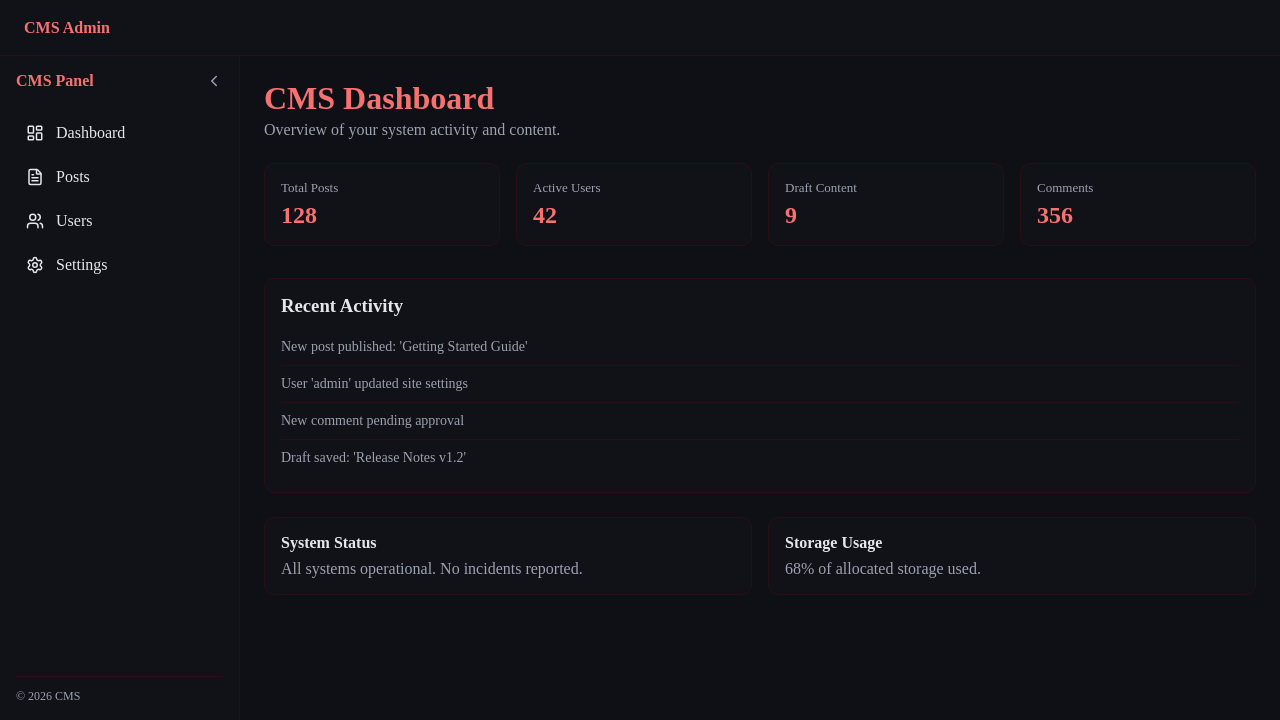
Repository: rajendratamang/react-dashboard
Page: /
The author's editor kept a copy of each file at every save. The page is drawn from the files as they stood at one save, then again after the next save.
The browser window is 1280 px wide. The pictures show the whole page.
The project was rebuilt for these pictures with package versions that can differ from the ones it lists, and the page was loaded fresh each time. Also part of the build but not shown: vite.config.ts.

Above is the page before, as saved 2026-01-16 20:31:35.

### src/App.tsx
import MainLayout from "./layouts/MainLayout";
import Dashboard from "./pages/Dashboard";

function App() {
  return (
    <MainLayout>
      <Dashboard />
    </MainLayout>
  );
}

export default App;

### src/index.css
* {
  margin: 0;
  padding: 0;
  box-sizing: border-box;
}

html, body, #root {
  height: 100%;
  width: 100%;
}

### src/layouts/MainLayout.tsx
import { ReactNode } from "react";
import Sidebar from "../components/Sidebar";

type MainLayoutProps = {
  children: ReactNode;
};

export default function MainLayout({ children }: MainLayoutProps) {
  return (
    <div
      style={{
        height: "100%",
        width: "100%",
        display: "flex",
        flexDirection: "column",
        backgroundColor: "#0b0b0f" // app background (blackish)
      }}
    >
      {/* Header */}
      <header
        style={{
          height: "56px",
          width: "100%",
          backgroundColor: "#111118",
          borderBottom: "1px solid #2a0f14",
          display: "flex",
          alignItems: "center",
          padding: "0 24px",
          fontWeight: 600,
          color: "#f87171" // soft red
        }}
      >
        CMS Admin
      </header>

      {/* Body */}
      <div
        style={{
          flex: 1,
          display: "flex",
          width: "100%",
          overflow: "hidden"
        }}
      >
        {/* Sidebar */}
        <Sidebar />

        {/* Main Content */}
        <main
          style={{
            flex: 1,
            backgroundColor: "#0f0f16",
            color: "#e5e7eb",
            overflowY: "auto"
          }}
        >
          {children}
        </main>
      </div>
    </div>
  );
}

### src/pages/Dashboard.tsx
export default function Dashboard() {
  return (
    <div style={{ padding: "24px" }}>
      {/* Page Title */}
      <h1 style={{ color: "#f87171", marginBottom: "4px" }}>
        CMS Dashboard
      </h1>
      <p style={{ color: "#9ca3af", marginBottom: "24px" }}>
        Overview of your system activity and content.
      </p>

      {/* Stats Cards */}
      <div
        style={{
          display: "grid",
          gridTemplateColumns: "repeat(4, 1fr)",
          gap: "16px",
          marginBottom: "32px"
        }}
      >
        {[
          { label: "Total Posts", value: "128" },
          { label: "Active Users", value: "42" },
          { label: "Draft Content", value: "9" },
          { label: "Comments", value: "356" }
        ].map((item) => (
          <div
            key={item.label}
            style={{
              backgroundColor: "#111118",
              border: "1px solid #2a0f14",
              borderRadius: "10px",
              padding: "16px"
            }}
          >
            <div
              style={{
                fontSize: "13px",
                color: "#9ca3af",
                marginBottom: "6px"
              }}
            >
              {item.label}
            </div>
            <div
              style={{
                fontSize: "24px",
                fontWeight: 700,
                color: "#f87171"
              }}
            >
              {item.value}
            </div>
          </div>
        ))}
      </div>

      {/* Recent Activity */}
      <div
        style={{
          backgroundColor: "#111118",
          border: "1px solid #2a0f14",
          borderRadius: "10px",
          padding: "16px",
          marginBottom: "24px"
        }}
      >
        <h3
          style={{
            color: "#e5e7eb",
            marginBottom: "12px"
          }}
        >
          Recent Activity
        </h3>

        {[
          "New post published: 'Getting Started Guide'",
          "User 'admin' updated site settings",
          "New comment pending approval",
          "Draft saved: 'Release Notes v1.2'"
        ].map((activity, index) => (
          <div
            key={index}
            style={{
              padding: "10px 0",
              borderBottom:
                index !== 3 ? "1px solid #2a0f14" : "none",
              color: "#9ca3af",
              fontSize: "14px"
            }}
          >
            {activity}
          </div>
        ))}
      </div>

      {/* System Status */}
      <div
        style={{
          display: "grid",
          gridTemplateColumns: "repeat(2, 1fr)",
          gap: "16px"
        }}
      >
        <div
          style={{
            backgroundColor: "#111118",
            border: "1px solid #2a0f14",
            borderRadius: "10px",
            padding: "16px"
          }}
        >
          <h4 style={{ color: "#e5e7eb", marginBottom: "8px" }}>
            System Status
          </h4>
          <p style={{ color: "#9ca3af" }}>
            All systems operational. No incidents reported.
          </p>
        </div>

        <div
          style={{
            backgroundColor: "#111118",
            border: "1px solid #2a0f14",
            borderRadius: "10px",
            padding: "16px"
          }}
        >
          <h4 style={{ color: "#e5e7eb", marginBottom: "8px" }}>
            Storage Usage
          </h4>
          <p style={{ color: "#9ca3af" }}>
            68% of allocated storage used.
          </p>
        </div>
      </div>
    </div>
  );
}

### src/components/Sidebar.tsx
import { useState } from "react";
import {
  LayoutDashboard,
  FileText,
  Users,
  Settings,
  ChevronLeft,
  ChevronRight
} from "lucide-react";

type MenuItem = {
  label: string;
  icon: React.ElementType;
};

const menuItems: MenuItem[] = [
  { label: "Dashboard", icon: LayoutDashboard },
  { label: "Posts", icon: FileText },
  { label: "Users", icon: Users },
  { label: "Settings", icon: Settings }
];

export default function Sidebar() {
  const [collapsed, setCollapsed] = useState(false);

  return (
    <aside
      style={{
        width: collapsed ? "72px" : "240px",
        backgroundColor: "#111118",
        borderRight: "1px solid #2a0f14",
        padding: "16px",
        display: "flex",
        flexDirection: "column",
        transition: "width 0.25s ease"
      }}
    >
      {/* Brand + Toggle */}
      <div
        style={{
          display: "flex",
          alignItems: "center",
          justifyContent: collapsed ? "center" : "space-between",
          marginBottom: "24px"
        }}
      >
        {!collapsed && (
          <span
            style={{
              fontSize: "16px",
              fontWeight: 700,
              color: "#f87171"
            }}
          >
            CMS Panel
          </span>
        )}

        <button
          onClick={() => setCollapsed(!collapsed)}
          style={{
            background: "none",
            border: "none",
            color: "#9ca3af",
            cursor: "pointer",
            display: "flex",
            alignItems: "center"
          }}
        >
          {collapsed ? <ChevronRight size={18} /> : <ChevronLeft size={18} />}
        </button>
      </div>

      {/* Menu */}
      <nav style={{ flex: 1 }}>
        {menuItems.map((item) => {
          const Icon = item.icon;

          return (
            <div
              key={item.label}
              style={{
                display: "flex",
                alignItems: "center",
                gap: collapsed ? "0" : "12px",
                justifyContent: collapsed ? "center" : "flex-start",
                padding: "10px",
                borderRadius: "8px",
                cursor: "pointer",
                marginBottom: "6px",
                color: "#e5e7eb",
                transition: "background 0.2s ease, color 0.2s ease"
              }}
              onMouseEnter={(e) => {
                e.currentTarget.style.backgroundColor = "#1a0f14";
                e.currentTarget.style.color = "#f87171";
              }}
              onMouseLeave={(e) => {
                e.currentTarget.style.backgroundColor = "transparent";
                e.currentTarget.style.color = "#e5e7eb";
              }}
            >
              <Icon size={18} />
              {!collapsed && <span>{item.label}</span>}
            </div>
          );
        })}
      </nav>

      {/* Footer */}
      {!collapsed && (
        <div
          style={{
            fontSize: "12px",
            color: "#9ca3af",
            paddingTop: "12px",
            borderTop: "1px solid #2a0f14"
          }}
        >
          © 2026 CMS
        </div>
      )}
    </aside>
  );
}

Loaded but not shown: index.html (common file); src/main.tsx (common file)

After the next save:
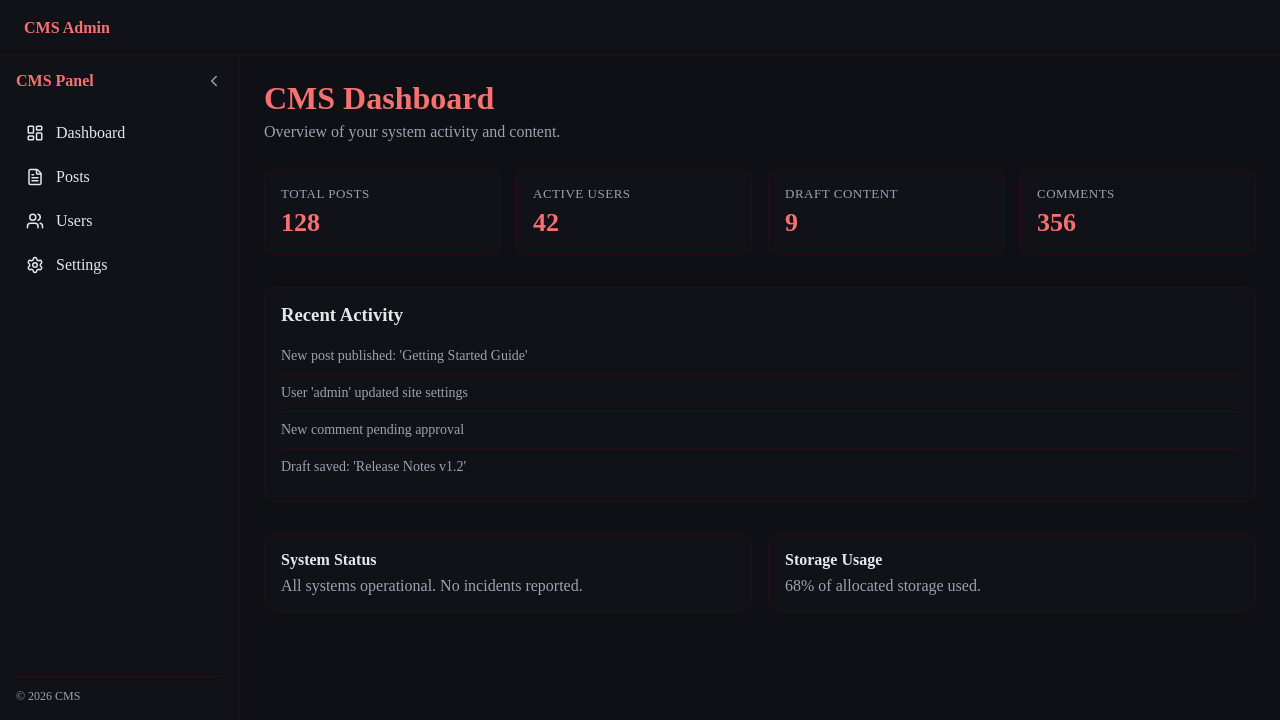
Saved 2 min 7 s later.
--- a/src/pages/Dashboard.tsx
+++ b/src/pages/Dashboard.tsx
@@ -1,19 +1,28 @@
+const cardStyle: React.CSSProperties = {
+  backgroundColor: "#111118",
+  border: "1px solid #2a0f14",
+  borderRadius: "12px",
+  padding: "16px"
+};
+
 export default function Dashboard() {
   return (
     <div style={{ padding: "24px" }}>
-      {/* Page Title */}
-      <h1 style={{ color: "#f87171", marginBottom: "4px" }}>
-        CMS Dashboard
-      </h1>
-      <p style={{ color: "#9ca3af", marginBottom: "24px" }}>
-        Overview of your system activity and content.
-      </p>
+      {/* Header */}
+      <div style={{ marginBottom: "28px" }}>
+        <h1 style={{ color: "#f87171", marginBottom: "6px" }}>
+          CMS Dashboard
+        </h1>
+        <p style={{ color: "#9ca3af" }}>
+          Overview of your system activity and content.
+        </p>
+      </div>
 
-      {/* Stats Cards */}
+      {/* Stats */}
       <div
         style={{
           display: "grid",
-          gridTemplateColumns: "repeat(4, 1fr)",
+          gridTemplateColumns: "repeat(auto-fit, minmax(200px, 1fr))",
           gap: "16px",
           marginBottom: "32px"
         }}
@@ -24,27 +33,21 @@ export default function Dashboard() {
           { label: "Draft Content", value: "9" },
           { label: "Comments", value: "356" }
         ].map((item) => (
-          <div
-            key={item.label}
-            style={{
-              backgroundColor: "#111118",
-              border: "1px solid #2a0f14",
-              borderRadius: "10px",
-              padding: "16px"
-            }}
-          >
+          <div key={item.label} style={cardStyle}>
             <div
               style={{
                 fontSize: "13px",
                 color: "#9ca3af",
-                marginBottom: "6px"
+                marginBottom: "6px",
+                textTransform: "uppercase",
+                letterSpacing: "0.04em"
               }}
             >
               {item.label}
             </div>
             <div
               style={{
-                fontSize: "24px",
+                fontSize: "26px",
                 fontWeight: 700,
                 color: "#f87171"
               }}
@@ -55,22 +58,9 @@ export default function Dashboard() {
         ))}
       </div>
 
-      {/* Recent Activity */}
-      <div
-        style={{
-          backgroundColor: "#111118",
-          border: "1px solid #2a0f14",
-          borderRadius: "10px",
-          padding: "16px",
-          marginBottom: "24px"
-        }}
-      >
-        <h3
-          style={{
-            color: "#e5e7eb",
-            marginBottom: "12px"
-          }}
-        >
+      {/* Activity */}
+      <div style={{ ...cardStyle, marginBottom: "32px" }}>
+        <h3 style={{ color: "#e5e7eb", marginBottom: "12px" }}>
           Recent Activity
         </h3>
 
@@ -79,13 +69,15 @@ export default function Dashboard() {
           "User 'admin' updated site settings",
           "New comment pending approval",
           "Draft saved: 'Release Notes v1.2'"
-        ].map((activity, index) => (
+        ].map((activity, index, arr) => (
           <div
             key={index}
             style={{
               padding: "10px 0",
               borderBottom:
-                index !== 3 ? "1px solid #2a0f14" : "none",
+                index !== arr.length - 1
+                  ? "1px solid #2a0f14"
+                  : "none",
               color: "#9ca3af",
               fontSize: "14px"
             }}
@@ -95,22 +87,15 @@ export default function Dashboard() {
         ))}
       </div>
 
-      {/* System Status */}
+      {/* System */}
       <div
         style={{
           display: "grid",
-          gridTemplateColumns: "repeat(2, 1fr)",
+          gridTemplateColumns: "repeat(auto-fit, minmax(280px, 1fr))",
           gap: "16px"
         }}
       >
-        <div
-          style={{
-            backgroundColor: "#111118",
-            border: "1px solid #2a0f14",
-            borderRadius: "10px",
-            padding: "16px"
-          }}
-        >
+        <div style={cardStyle}>
           <h4 style={{ color: "#e5e7eb", marginBottom: "8px" }}>
             System Status
           </h4>
@@ -119,14 +104,7 @@ export default function Dashboard() {
           </p>
         </div>
 
-        <div
-          style={{
-            backgroundColor: "#111118",
-            border: "1px solid #2a0f14",
-            borderRadius: "10px",
-            padding: "16px"
-          }}
-        >
+        <div style={cardStyle}>
           <h4 style={{ color: "#e5e7eb", marginBottom: "8px" }}>
             Storage Usage
           </h4>
